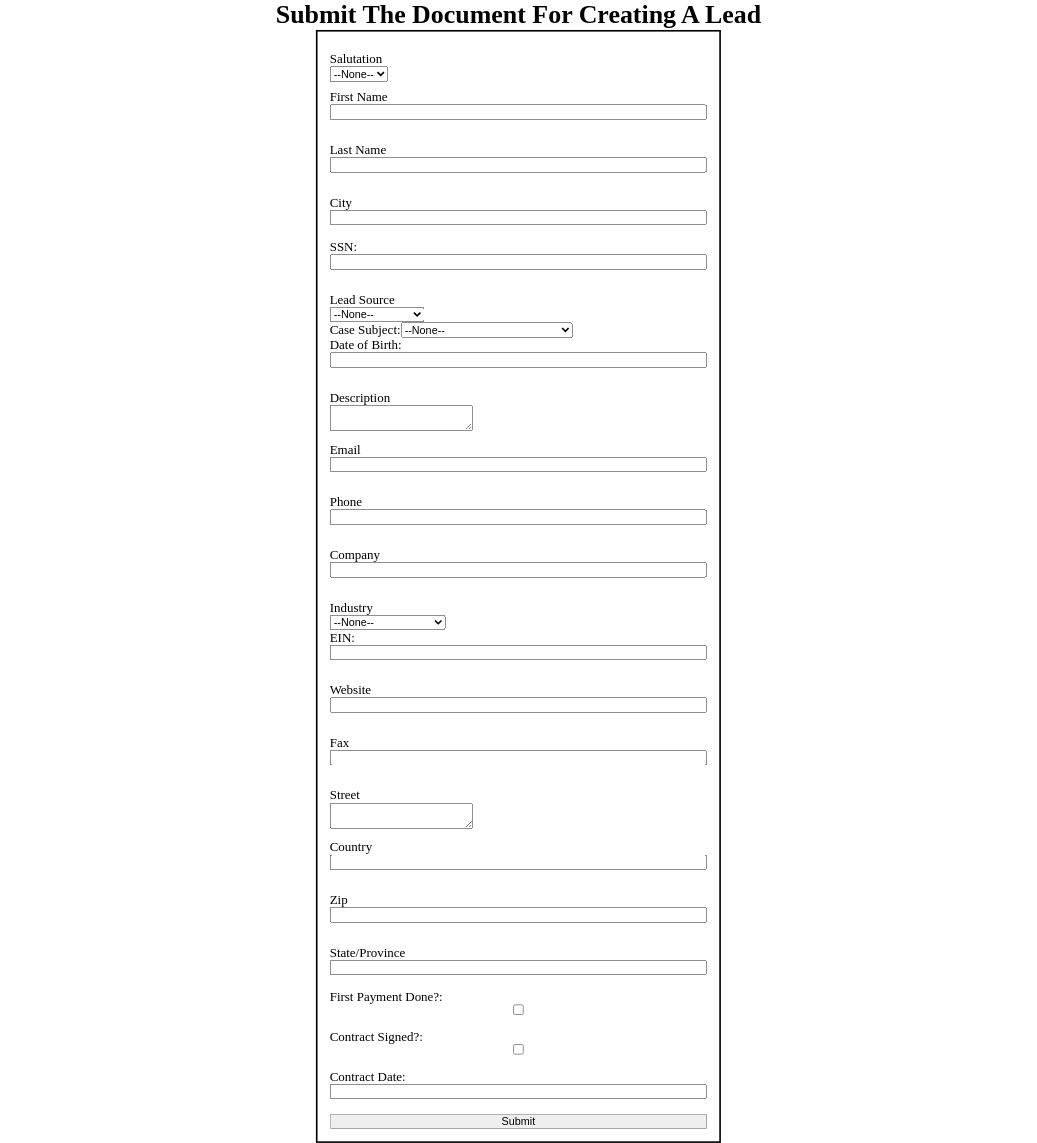
Repository: yaseminvural99/changeForce
Page: index.html
The author's editor kept a copy of each file at every save. The page is drawn from the files as they stood at one save, then again after the next save.
The browser window is 1280 px wide. The pictures show the whole page, at 81% of full size.

Above is the page before, as saved 2024-04-26 21:52:24.

### index.html
<!DOCTYPE html>
<html lang="en">
<head>
    <meta charset="UTF-8">
    <meta name="'viewport" content="width=device-width, initial-scale=1.0">
    <title>Document</title>
    <link rel="stylesheet" href="style.css">
    <script>

    </script>
</head>
<body>
    <h1>Submit The Document For Creating A Lead</h1>

<META HTTP-EQUIV="Content-type" CONTENT="text/html; charset=UTF-8">


    <form action="https://test.salesforce.com/servlet/servlet.WebToLead?encoding=UTF-8&orgId=00DU8000000LYuv" method="POST">

    <input type=hidden name="oid" value="00DU8000000LYuv">
    <input type=hidden name="retURL" value="http://">


    <label for="salutation">Salutation</label><select  id="salutation" name="salutation"><option value="">--None--</option><option value="Mr.">Mr.</option>
    <option value="Ms.">Ms.</option>
    <option value="Mrs.">Mrs.</option>
    <option value="Dr.">Dr.</option>
    <option value="Prof.">Prof.</option>
    <option value="Mx.">Mx.</option>
    </select><br>

    <label for="first_name">First Name</label><input  id="first_name"  name="first_name" size="20" type="text" /><br>

    <label for="last_name">Last Name</label><input  id="last_name"  name="last_name" size="20" type="text" /><br>

    <label for="city">City</label><input  id="city" name="city" size="20" type="text" /><br>

    SSN:<input  id="00NU8000000K5Zp"  name="00NU8000000K5Zp" size="20" type="text" /><br>

    <label for="lead_source">Lead Source</label><select  id="lead_source" name="lead_source"><option value="">--None--</option><option value="Web">Web</option>
    <option value="Phone Inquiry">Phone Inquiry</option>
    <option value="Partner Referral">Partner Referral</option>
    <option value="Purchased List">Purchased List</option>
    <option value="Other">Other</option>
    </select><br>

    Case Subject:<select  id="00NU8000000K5Wb" name="00NU8000000K5Wb" title="Case Subject"><option value="">--None--</option><option value="Affirmative Asylum">Affirmative Asylum</option>
    <option value="AOS Through Asylum">AOS Through Asylum</option>
    <option value="AOS Through Lottery">AOS Through Lottery</option>
    <option value="AOS Through Marriage">AOS Through Marriage</option>
    <option value="Change of Status (B2-F1/J1-F1)">Change of Status (B2-F1/J1-F1)</option>
    <option value="Company Formation">Company Formation</option>
    <option value="Consular Processing (Marriage)">Consular Processing (Marriage)</option>
    <option value="Defensive Asylum (!Non-NTA)">Defensive Asylum (!Non-NTA)</option>
    <option value="Defensive Asylum (Non-NTA)">Defensive Asylum (Non-NTA)</option>
    <option value="Defensive Asylum (NTA)">Defensive Asylum (NTA)</option>
    <option value="E-2 (Change of status)">E-2 (Change of status)</option>
    <option value="E-2 visa">E-2 visa</option>
    <option value="General Immigration">General Immigration</option>
    <option value="I-130 (Marriage)">I-130 (Marriage)</option>
    <option value="I-601A Waiver">I-601A Waiver</option>
    <option value="I-730 (Asylee Relative Petition)">I-730 (Asylee Relative Petition)</option>
    <option value="I-751 (Removing Conditions)">I-751 (Removing Conditions)</option>
    <option value="I-765">I-765</option>
    <option value="J-1 2 Year Rule Waiver">J-1 2 Year Rule Waiver</option>
    <option value="K-1 visa">K-1 visa</option>
    <option value="Mandamus">Mandamus</option>
    <option value="Naturalization">Naturalization</option>
    <option value="Personal Injury">Personal Injury</option>
    <option value="Uncontested Divorce">Uncontested Divorce</option>
    <option value="U visa">U visa</option>
    <option value="VAWA">VAWA</option>
    </select><br>

    Date of Birth:<span class="dateInput dateOnlyInput"><input  id="00NU8000000K5bR" name="00NU8000000K5bR" size="12" type="text" /></span><br>

    <label for="description">Description</label><textarea name="description"></textarea><br>

    <label for="email">Email</label><input  id="email"  name="email" size="20" type="text" /><br>

    <label for="phone">Phone</label><input  id="phone" name="phone" size="20" type="text" /><br>

    <label for="company">Company</label><input  id="company" name="company" size="20" type="text" /><br>

    <label for="industry">Industry</label><select  id="industry" name="industry"><option value="">--None--</option><option value="Agriculture">Agriculture</option>
    <option value="Apparel">Apparel</option>
    <option value="Banking">Banking</option>
    <option value="Biotechnology">Biotechnology</option>
    <option value="Chemicals">Chemicals</option>
    <option value="Communications">Communications</option>
    <option value="Construction">Construction</option>
    <option value="Consulting">Consulting</option>
    <option value="Education">Education</option>
    <option value="Electronics">Electronics</option>
    <option value="Energy">Energy</option>
    <option value="Engineering">Engineering</option>
    <option value="Entertainment">Entertainment</option>
    <option value="Environmental">Environmental</option>
    <option value="Finance">Finance</option>
    <option value="Food &amp; Beverage">Food &amp; Beverage</option>
    <option value="Government">Government</option>
    <option value="Healthcare">Healthcare</option>
    <option value="Hospitality">Hospitality</option>
    <option value="Insurance">Insurance</option>
    <option value="Machinery">Machinery</option>
    <option value="Manufacturing">Manufacturing</option>
    <option value="Media">Media</option>
    <option value="Not For Profit">Not For Profit</option>
    <option value="Recreation">Recreation</option>
    <option value="Retail">Retail</option>
    <option value="Shipping">Shipping</option>
    <option value="Technology">Technology</option>
    <option value="Telecommunications">Telecommunications</option>
    <option value="Transportation">Transportation</option>
    <option value="Utilities">Utilities</option>
    <option value="Other">Other</option>
    </select><br>

    EIN:<input  id="00NU8000000K5YD"  name="00NU8000000K5YD" size="20" type="text" /><br>

    <label for="url">Website</label><input  id="url" name="url" size="20" type="text" /><br>

    <label for="fax">Fax</label><input  id="fax" name="fax" size="20" type="text" /><br>

    <label for="street">Street</label><textarea name="street"></textarea><br>

    <label for="country">Country</label><input  id="country"  name="country" size="20" type="text" /><br>

    <label for="zip">Zip</label><input  id="zip"name="zip" size="20" type="text" /><br>

    <label for="state">State/Province</label><input  id="state"  name="state" size="20" type="text" /><br>

    First Payment Done?:<input  id="00NU8000000K5d3" name="00NU8000000K5d3" type="checkbox" value="1" /><br>

    Contract Signed?:<input  id="00NU8000000K5gH" name="00NU8000000K5gH" type="checkbox" value="1" /><br>

    Contract Date:<span class="dateInput dateOnlyInput"><input  id="00NU8000000K5ef" name="00NU8000000K5ef" size="12" type="text" /></span><br>

    <input type="submit" name="submit">

    </form>
</body>
</html>

### style.css
*{
    margin: 0;
    padding: 0;
    box-sizing: border-box;
}
h1{
    text-align: center;
}
label, input{
    display: block;

}
label{
    margin-top: 10px;
}
input{
    width: 100%;
}
form{
    min-width: 500px;
    max-width: 500px;
    margin: 0 auto;
    border: 2px solid black;
    padding: 15px;
}

After the next save:
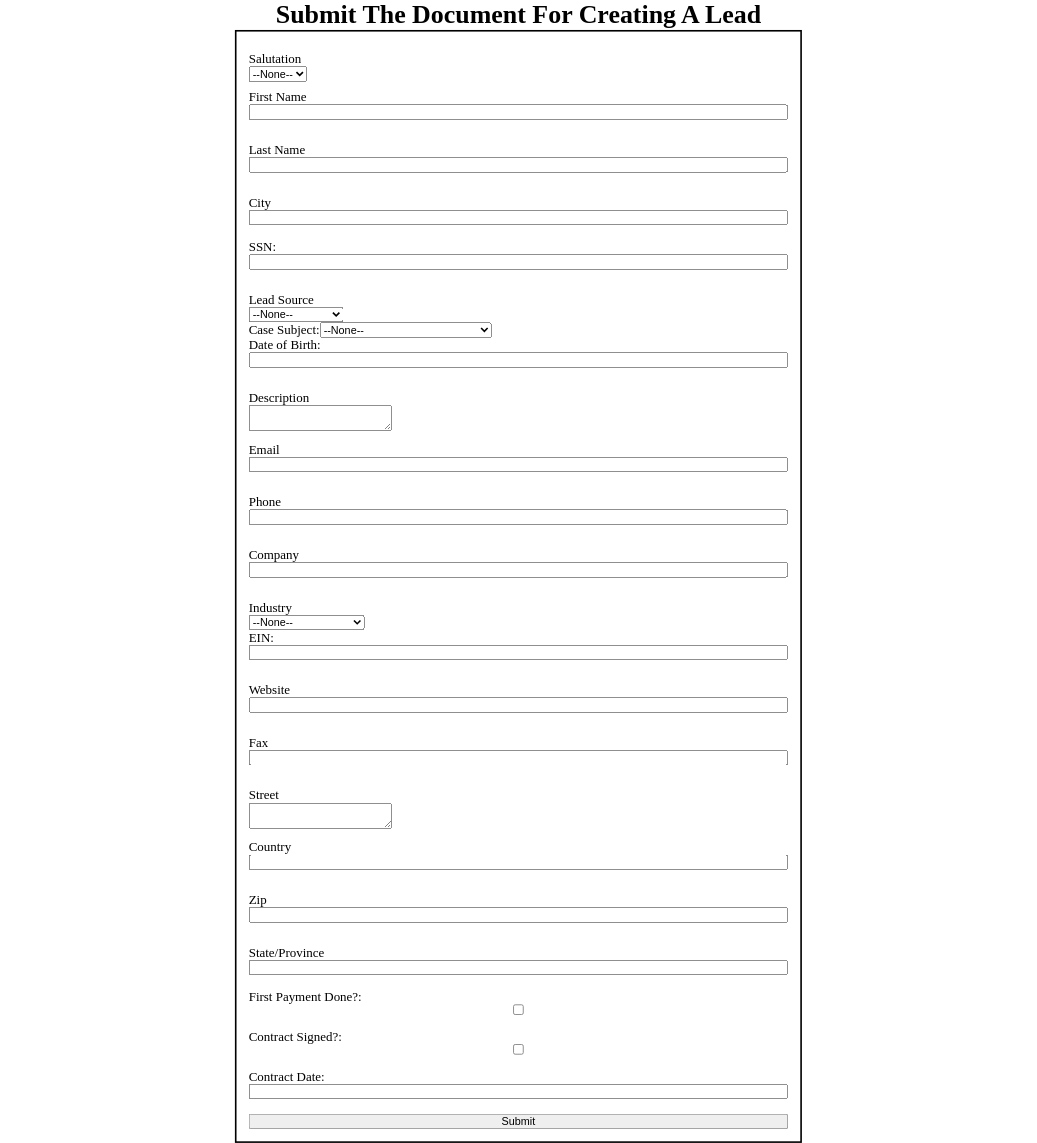
Saved 7 s later.
--- a/style.css
+++ b/style.css
@@ -18,7 +18,7 @@ input{
 }
 form{
     min-width: 500px;
-    max-width: 500px;
+    max-width: 700px;
     margin: 0 auto;
     border: 2px solid black;
     padding: 15px;
